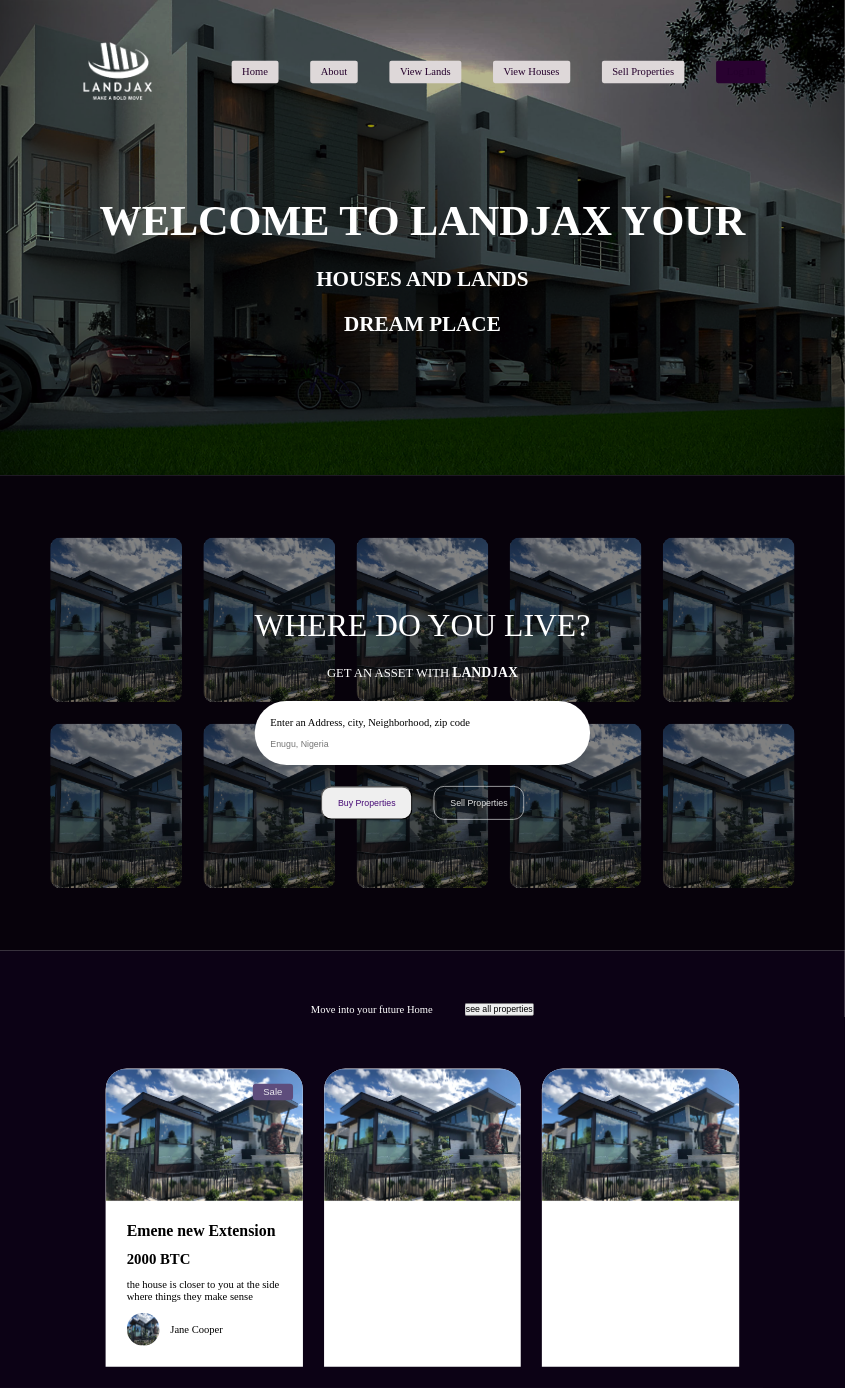
Repository: NorVirae/landjax-frontend
Page: /
These files come from the project's save history. The page is drawn as it stood at one moment and after the next save; the edit follows.
The browser window is 1280 px wide. The pictures show the whole page, at 66% of full size.
The project was rebuilt for these pictures with package versions that can differ from the ones it lists, and the page was loaded fresh each time. The framework's server and built-in components were replaced by stand-ins that run in the browser. Also part of the build but not shown: next.config.js.

Above is the page before, as saved 2022-07-03 06:53:54.

After the next save:
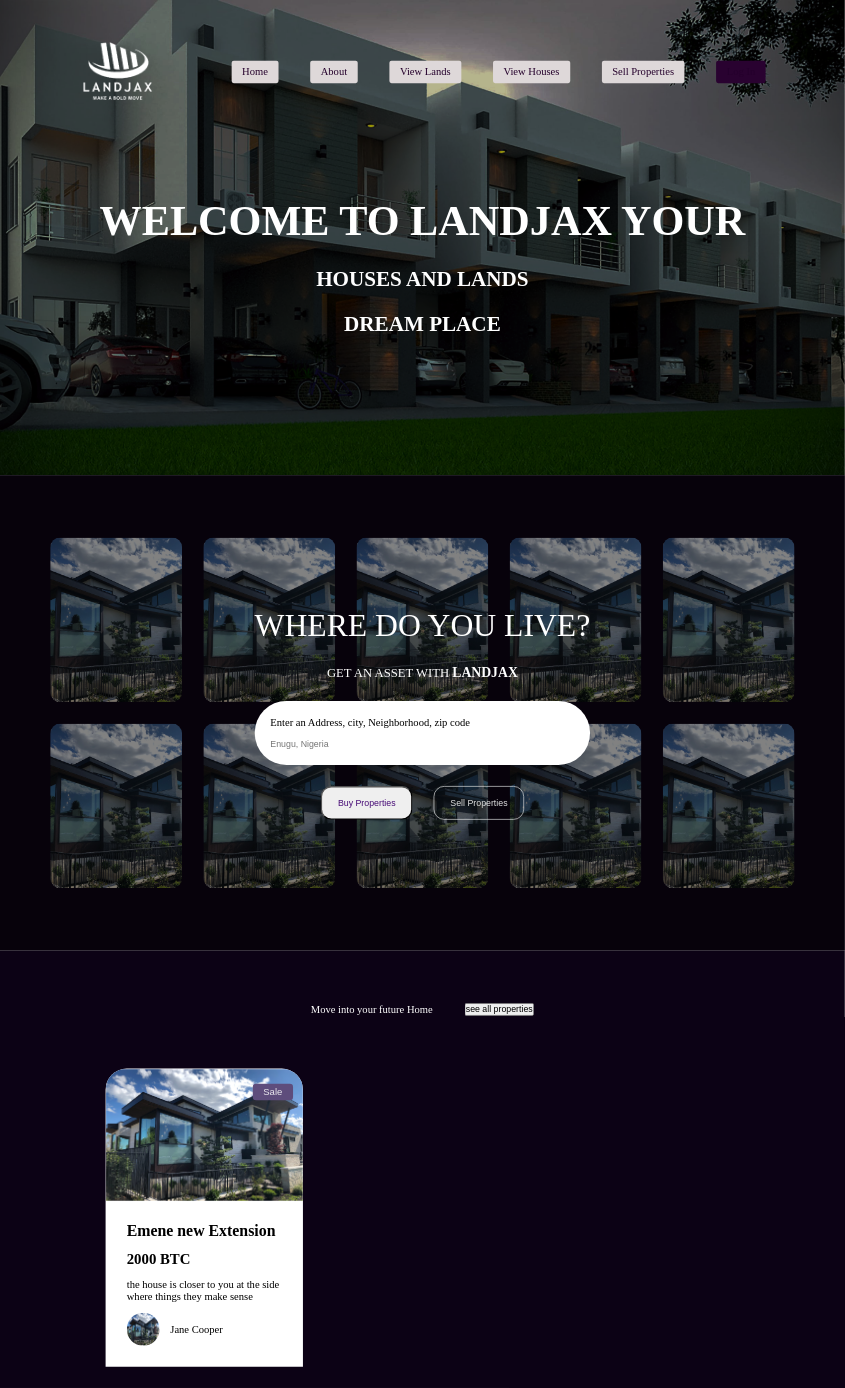
Saved 28 s later.
--- a/pages/index.tsx
+++ b/pages/index.tsx
@@ -97,13 +97,7 @@
               </div>
             </section>
 
-            <section className='future__house-card'>
-              <Image src={HouseImg} className='future__card-img'/>
-            </section>
 
-            <section className='future__house-card'>
-              <Image src={HouseImg} className='future__card-img'/>
-            </section>
           </div>
         </section>
 
